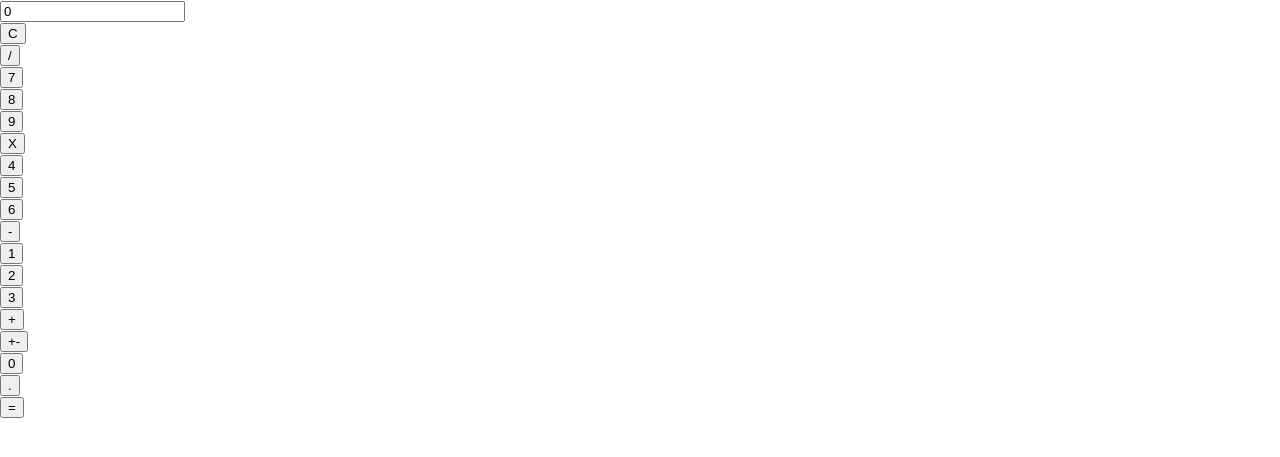
Repository: aaronmatei/react-calc
Page: /
These files come from the project's save history. The page is drawn as it stood at one moment and after the next save; the edit follows.
The browser window is 1280 px wide. The pictures show the whole page.
The project was rebuilt for these pictures with package versions that can differ from the ones it lists, and the page was loaded fresh each time.

Above is the page before, as saved 2019-12-13 10:10:28.

### src/App.js
import React, { Component } from "react";
import Button from "./components/Button";

class App extends Component {
	state = {
		current: "0",
		previous: [],
	};

	reset = () => {
		this.setState({ result: "0" });
	};
	addToCurrent = symbol => {
		this.setState({ current: this.state.current + symbol });
	};

	render() {
		const buttons = [
			{ symbol: "C", cols: 3, action: this.reset },
			{ symbol: "/", cols: 1, action: this.addToCurrent },
			{ symbol: "7", cols: 1, action: this.addToCurrent },
			{ symbol: "8", cols: 1, action: this.addToCurrent },
			{ symbol: "9", cols: 1, action: this.addToCurrent },
			{ symbol: "X", cols: 1, action: this.addToCurrent },
			{ symbol: "4", cols: 1, action: this.addToCurrent },
			{ symbol: "5", cols: 1, action: this.addToCurrent },
			{ symbol: "6", cols: 1, action: this.addToCurrent },
			{ symbol: "-", cols: 3, action: this.addToCurrent },
			{ symbol: "1", cols: 1, action: this.addToCurrent },
			{ symbol: "2", cols: 1, action: this.addToCurrent },
			{ symbol: "3", cols: 1, action: this.addToCurrent },
			{ symbol: "+", cols: 1, action: this.addToCurrent },
			{ symbol: "+-", cols: 1, action: this.addToCurrent },
			{ symbol: "0", cols: 1, action: this.addToCurrent },
			{ symbol: ".", cols: 1, action: this.addToCurrent },
			{ symbol: "=", cols: 1, action: this.addToCurrent },
		];
		return (
			<div className='App'>
				<input className='result' type='text' value={this.state.current} />

				{buttons.map((btn, idx) => {
					return <Button key={idx} symbol={btn.symbol} action={btn.action} />;
				})}
			</div>
		);
	}
}

export default App;

### src/components/Button.jsx
import React, { Component } from "react";

class Button extends Component {
	render() {
		return (
			<div>
				<button className='calc-button'>{this.props.symbol}</button>
			</div>
		);
	}
}

export default Button;

Loaded but not shown: src/index.js (common file); src/index.css (common file); src/serviceWorker.js (common file)

After the next save:
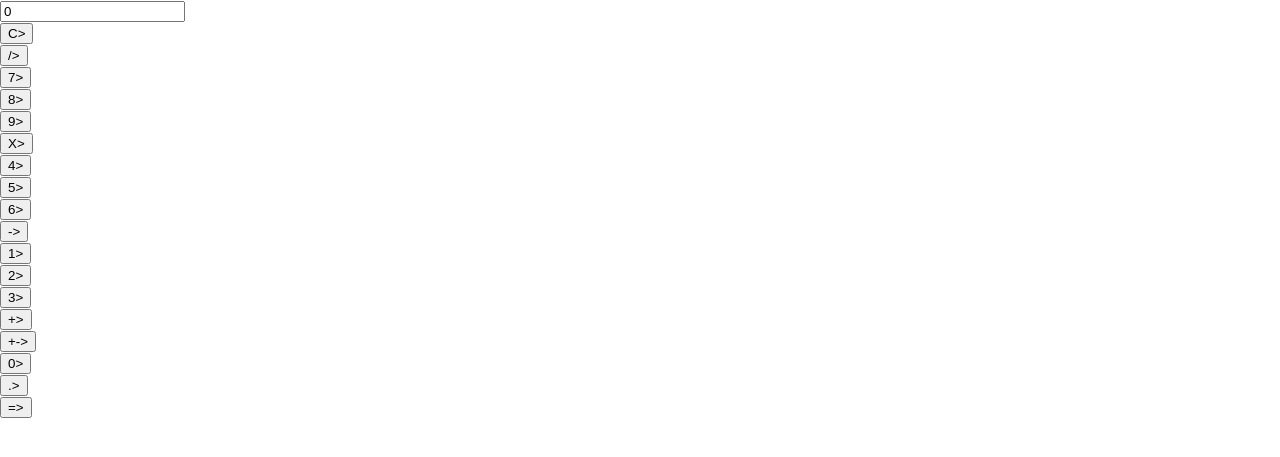
Saved 11 s later.
--- a/src/components/Button.jsx
+++ b/src/components/Button.jsx
@@ -4,7 +4,7 @@
 	render() {
 		return (
 			<div>
-				<button className='calc-button'>{this.props.symbol}</button>
+				<button className='calc-button'>{this.props.symbol}></button>
 			</div>
 		);
 	}

After the save that followed:
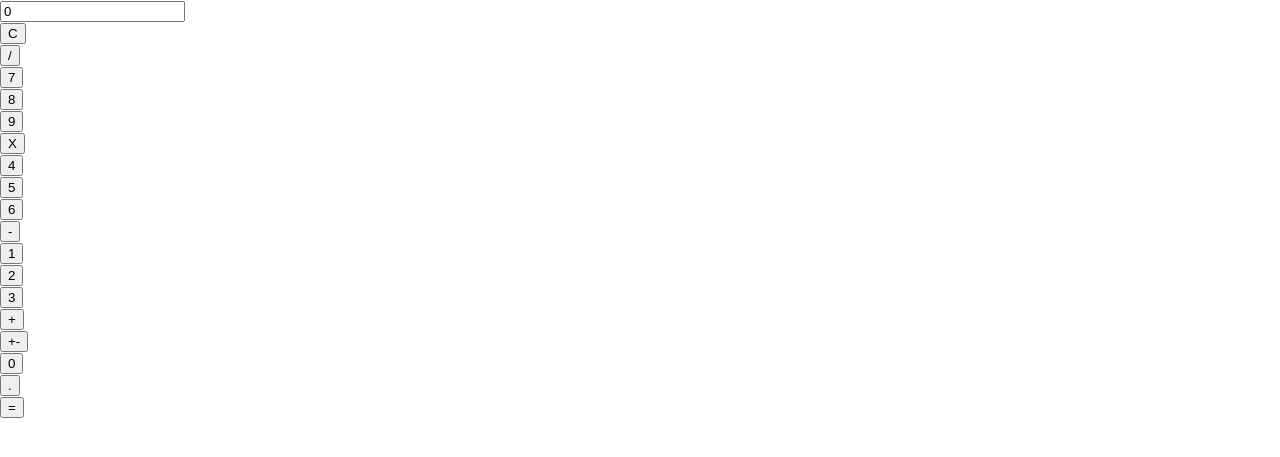
Saved 11 s later.
--- a/src/components/Button.jsx
+++ b/src/components/Button.jsx
@@ -4,7 +4,7 @@
 	render() {
 		return (
 			<div>
-				<button className='calc-button'>{this.props.symbol}></button>
+				<button className='calc-button'>{this.props.symbol}</button>
 			</div>
 		);
 	}
